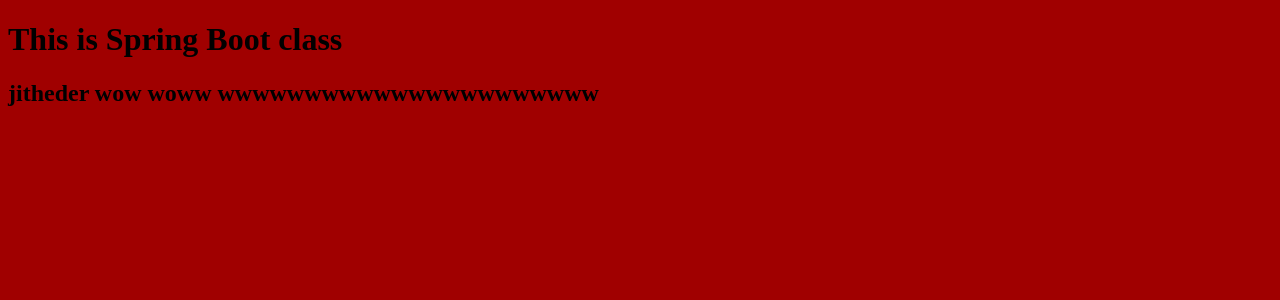
Repository: acharikammari/springprograms
Page: Springbootex/src/main/webapp/data.html
An editor plug-in stored every save of this project. The page is shown before and after the next save, followed by the edit.
The browser window is 1280 px wide. The pictures show the whole page.

Above is the page before, as saved 2024-03-19 09:57:01.

After the next save:
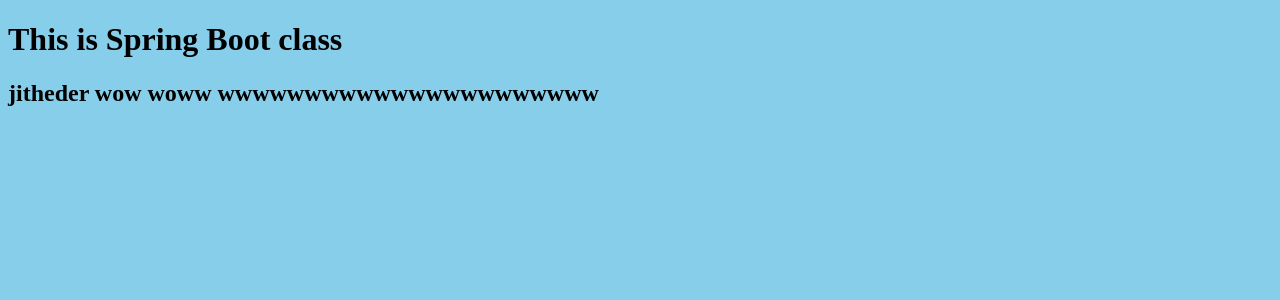
Saved 18 s later.
--- a/Springbootex/src/main/webapp/data.html
+++ b/Springbootex/src/main/webapp/data.html
@@ -4,7 +4,7 @@
 <meta charset="UTF-8">
 <title>Insert title here</title>
 </head>
-<body bgcolor="audltpink">
+<body bgcolor="skyblue">
 	<h1>This is Spring Boot class</h1>
 	<h2>jitheder wow woww wwwwwwwwwwwwwwwwwwwwww</h2>
 </body>
